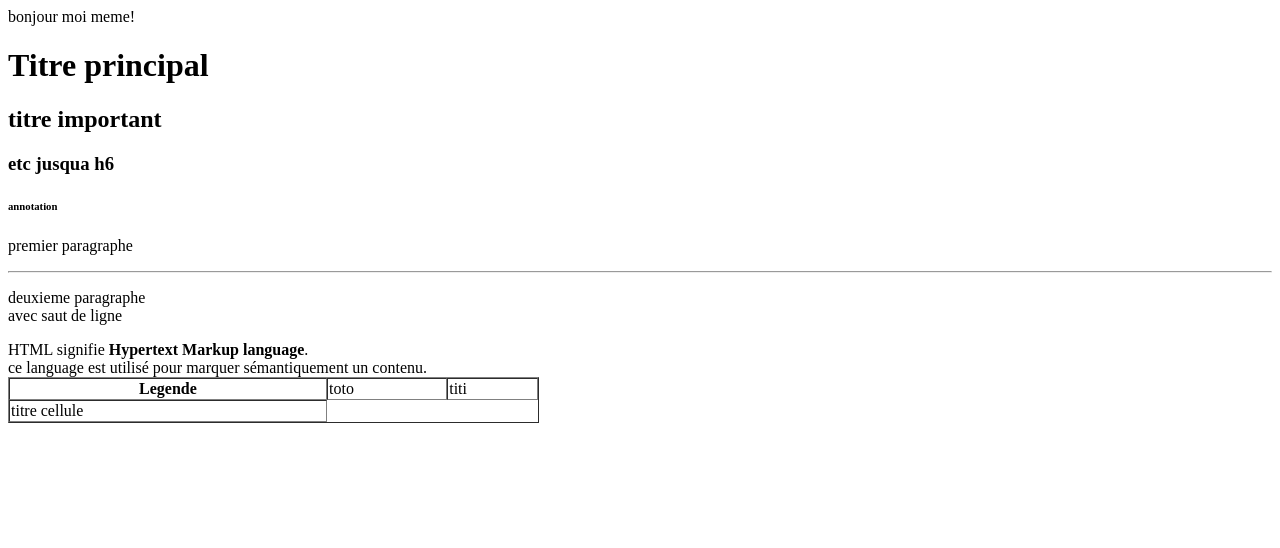
Repository: Poulpyto/fitec
Page: workspaceHtmlFlo/PremierTp_htmlCss/WebContent/index.html
The author's editor kept a copy of each file at every save. The page is drawn from the files as they stood at one save, then again after the next save.
The browser window is 1280 px wide. The pictures show the whole page.

Above is the page before, as saved 2017-04-03 10:07:34.

After the next save:
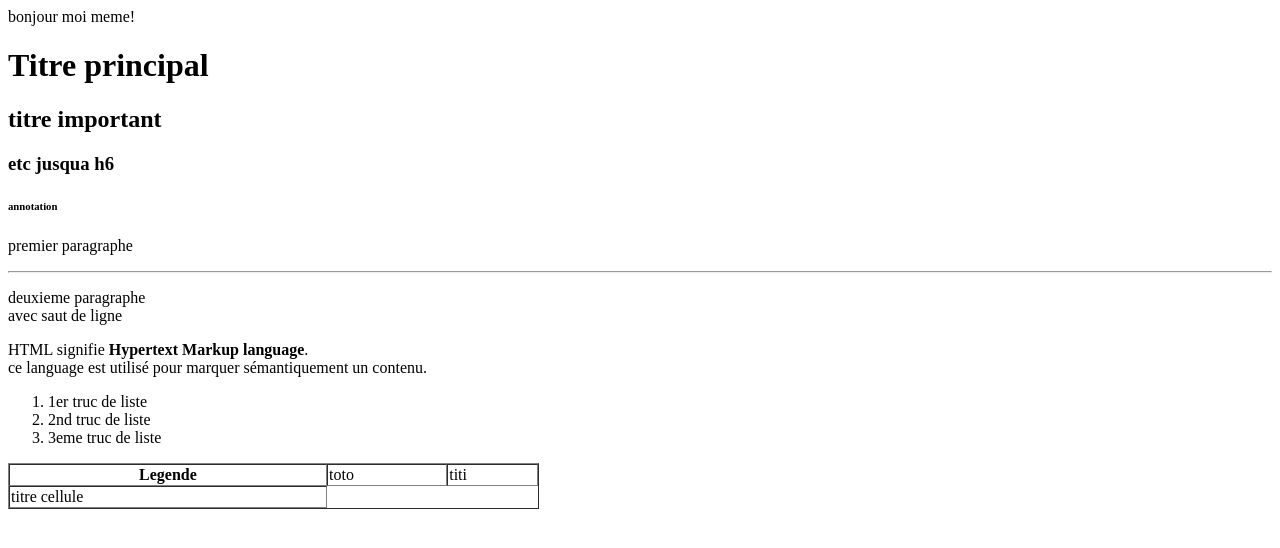
Saved 106 s later.
--- a/workspaceHtmlFlo/PremierTp_htmlCss/WebContent/index.html
+++ b/workspaceHtmlFlo/PremierTp_htmlCss/WebContent/index.html
@@ -18,6 +18,12 @@ bonjour moi meme!
 <!-- indiquer un texte tres important -->
 HTML signifie <strong>Hypertext Markup language</strong>.
 <br/>ce language est utilisé pour marquer sémantiquement un contenu.
+<!-- ul = non ordonné, ol = ordonné -->
+<ol>
+<li> 1er truc de liste </li>
+<li> 2nd truc de liste </li>
+<li> 3eme truc de liste </li>
+</ol>
 
 
 <!--tableau a lawalegen-->
